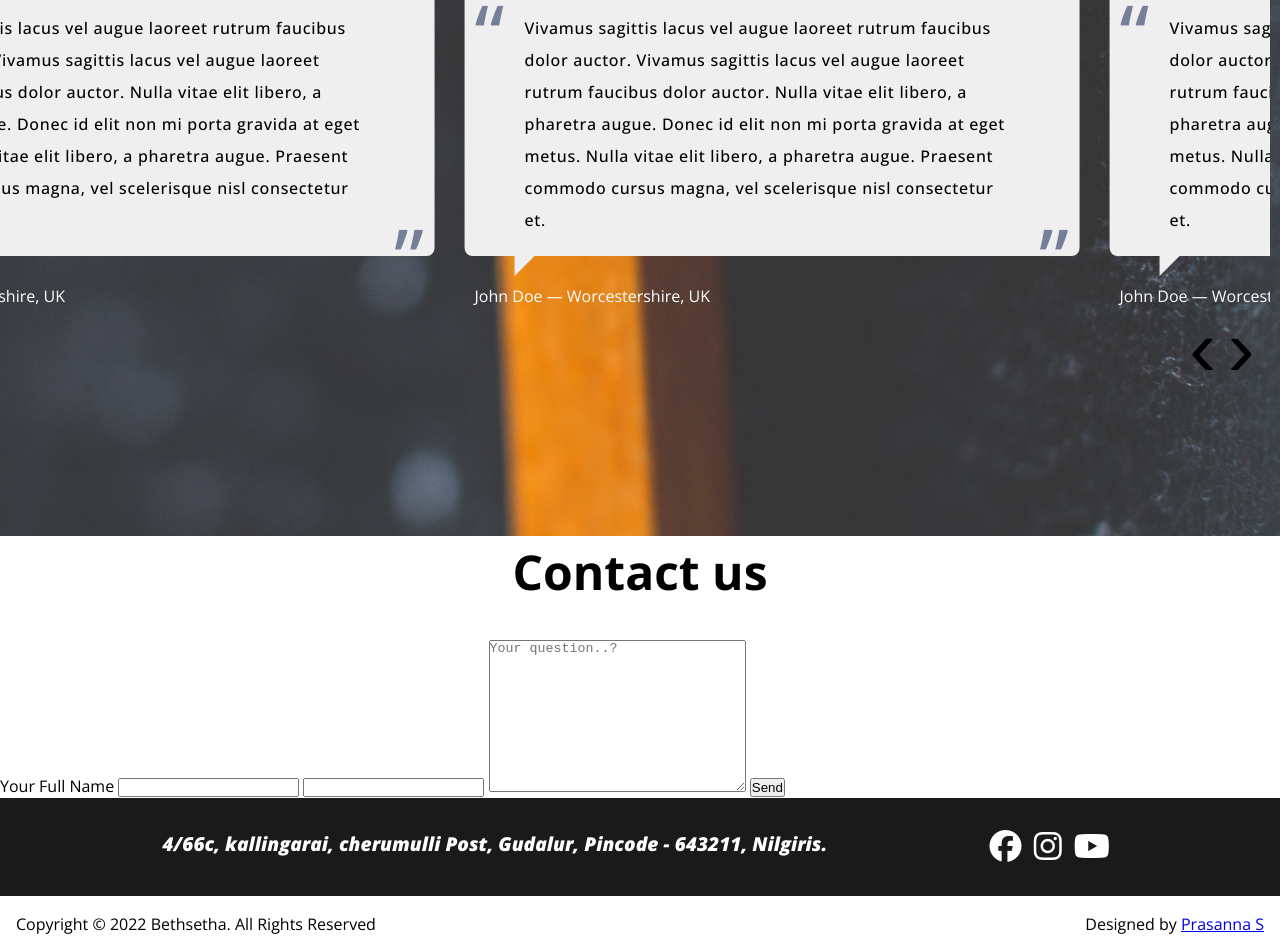
Repository: Imprasna/church
Page: index.html
The author's editor kept a copy of each file at every save. The page is drawn from the files as they stood at one save, then again after the next save.
The browser window is 1280 px wide. The pictures show the part of the page from y = 3330 to 4282 px (the page is 4282 px tall).
A picture or video elsewhere on the page could not be fetched, so the positions and the page height are approximate. Some web libraries are served in a nearby version.

Above is the page before, as saved 2022-01-24 23:28:49.

After the next save:
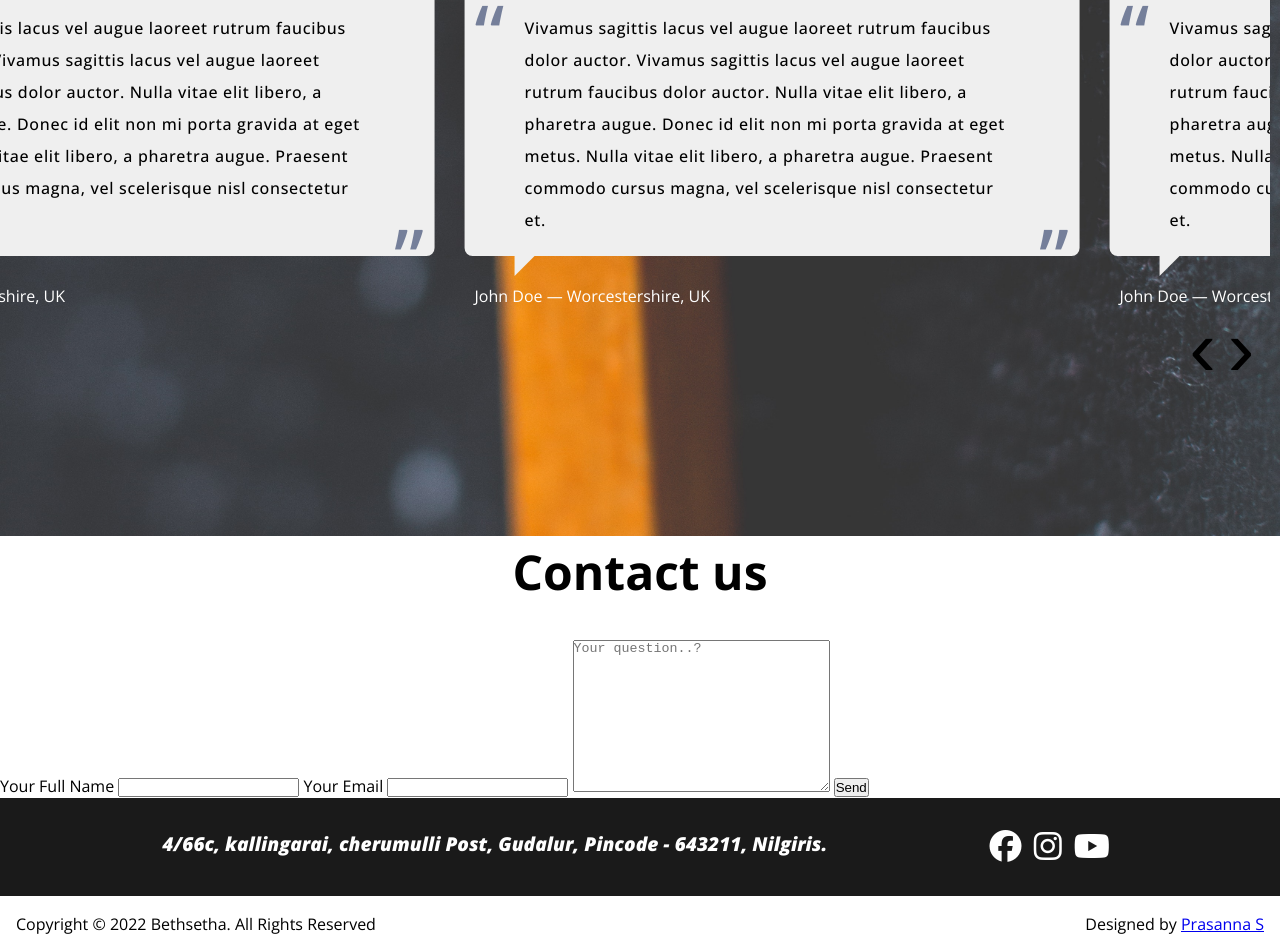
Saved 4 s later.
--- a/index.html
+++ b/index.html
@@ -510,7 +510,7 @@
           <form action="https://formsubmit.co/prasanna@sibbc.org" method="POST">
             <label>Your Full Name</label>
             <input type="text" name="name" required>
-            <label></label>
+            <label>Your Email</label>
             <input type="email" name="email" required>
             <textarea name="message" id="" cols="30" rows="10" placeholder="Your question..?" required></textarea>
             <button type="submit">Send</button>
